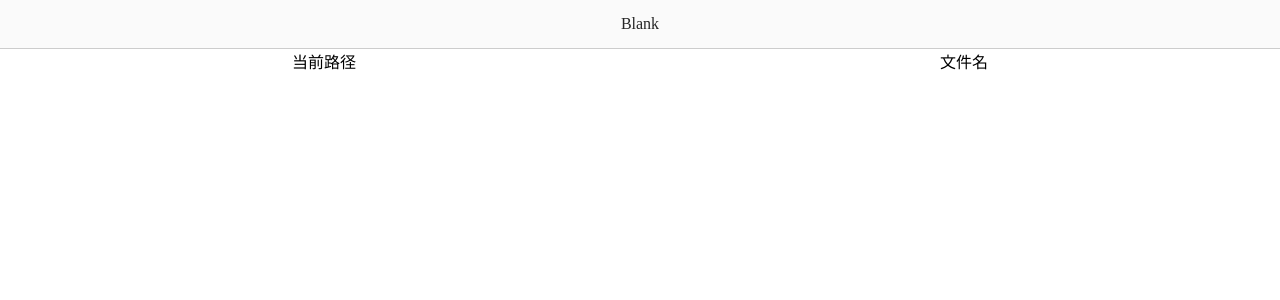
Repository: andycj7/-
Page: JS插件开发/filesystem/index.html
An editor plug-in stored every save of this project. The page is shown before and after the next save, followed by the edit.
The browser window is 1280 px wide. The pictures show the whole page.

Above is the page before, as saved 2020-07-21 07:40:37.
Console error (its wording comes from the project's code and is left out).

After the next save:
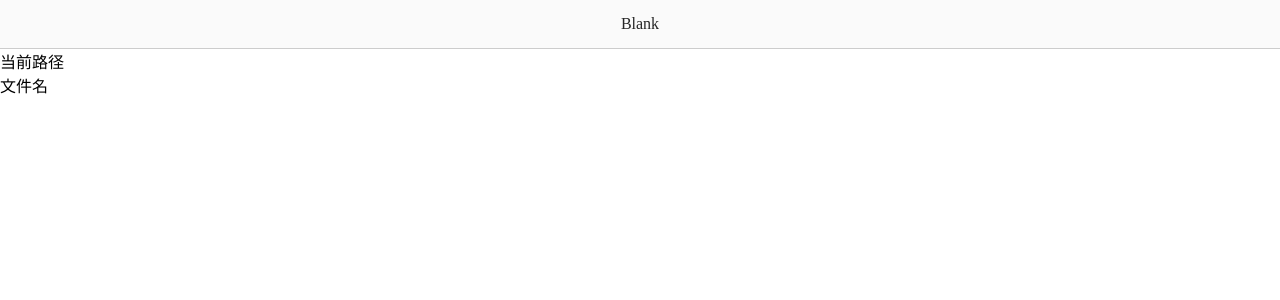
Saved 13 s later.
--- a/JS插件开发/filesystem/css/base.css
+++ b/JS插件开发/filesystem/css/base.css
@@ -28,7 +28,7 @@
 
 .div-control {
 	display: flex;
-	flex-direction: row;
+	flex-direction: column;
 	justify-content: space-around;
 }
 

After the save that followed:
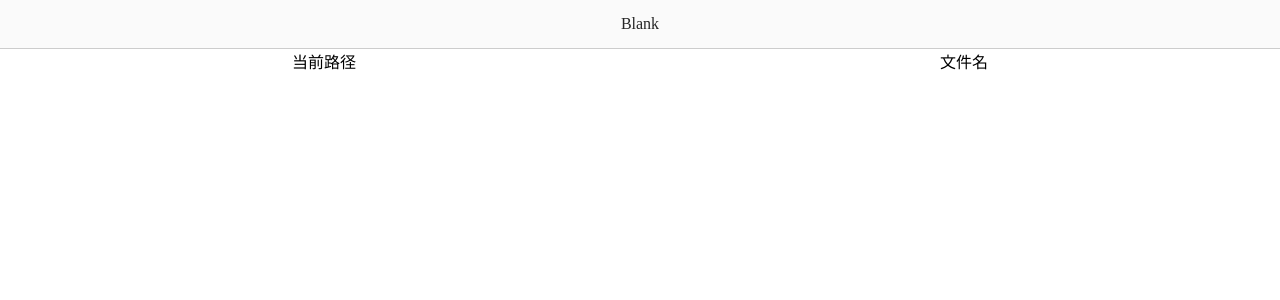
Saved 33 s later.
--- a/JS插件开发/filesystem/css/base.css
+++ b/JS插件开发/filesystem/css/base.css
@@ -28,7 +28,7 @@
 
 .div-control {
 	display: flex;
-	flex-direction: column;
+	flex-direction: row;
 	justify-content: space-around;
 }
 
